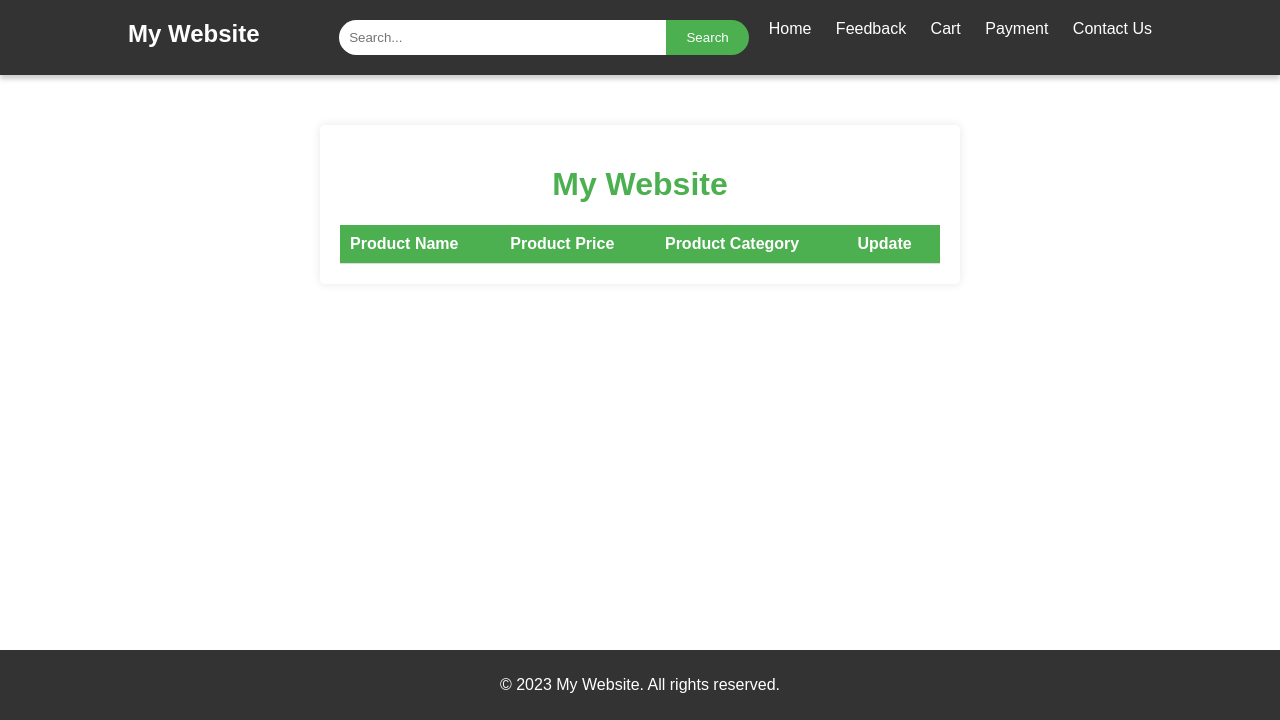
Repository: UrinduYatawakaa/OOP_project
Page: http://localhost/ProductDemo/AllServlet
These files come from the project's save history. The page is drawn as it stood at one moment and after the next save; the edit follows.
The browser window is 1280 px wide. The pictures show the whole page.
The page is served by Tomcat 9. Other server files are loaded and not shown. Queries for data that is not in the repository find no rows.

Above is the page before, as saved 2023-10-25 09:04:37.

### oop project/ProductDemo/src/main/webapp/searchbarAdmin.jsp
<%@ page language="java" contentType="text/html; charset=ISO-8859-1"
    pageEncoding="ISO-8859-1"%>
    <%@taglib prefix="c" uri="http://java.sun.com/jsp/jstl/core"%>

<!DOCTYPE html>
<html lang="en">

<head>
    <meta charset="UTF-8">
    <meta name="viewport" content="width=device-width, initial-scale=1.0">
    <link rel="stylesheet" href="css/stylesheader.css" type="text/css">
    <link rel="stylesheet" href="css/category.css" type="text/css">
    <title>Simple Grocery Cart</title>
</head>
<header>
    <div class="container">
        <h1>My Website</h1>
        <nav>
            <ul>
                <li><a href="homePage.jsp">Home</a></li>
                <li><a href="#">Feedback</a></li>
                <li><a href="#">Cart</a></li>
                <li><a href="#">Payment</a></li>
                <li><a href="#">Contact Us</a></li>
            </ul>
        </nav>
        <div class="search-bar">
            <form action="log" method="post">
                <input type="text" name="ProductName" placeholder="Search...">
                <input type="submit" name="submit" value="Search">
            </form>
        </div>

    </div>
</header>

<body>
    <div class="container2">
        <table class="cart">
        <h1>My Website</h1>
            <thead>
                <tr>
                    <th>Product Name</th>
                    <th>Product Price</th>
                    <th>Product Category</th>
                    <th>Update</th>
                </tr>
            </thead>
            <c:forEach var="product" items = "${productDetails}" >

            <c:set var="id" value="${product.id}"/>
            <c:set var="name" value="${product.name}"/>
            <c:set var="price" value="${product.price}"/>
            <c:set var="category" value="${product.category}"/>

            <c:url value="updateProduct.jsp" var="productUpdate">
		    <c:param name="id" value="${id}"/>
		    <c:param name="name" value="${name}"/>
		    <c:param name="price" value="${price}"/>
		    <c:param name="category" value="${category}"/>
	        </c:url>

            <tbody>
                <tr>
                    <td>${product.name}</td>
                    <td>${product.price}</td>
                    <td>${product.category}</td>

                    <td>
                        <a href="${productUpdate}">
                            <input type="button" name="update" value="update value"  class="add-to-cart-button">
                            </a>
                    </td>
                </tr>

        </c:forEach>
        </tbody>

        </table>
    </div>
</body>
    <footer>
        <div class="container">
            <p>&copy; 2023 My Website. All rights reserved.</p>
        </div>
    </footer>


</html>

### oop project/ProductDemo/src/main/java/com/product/AllServlet.java
package com.product;

import java.io.IOException;
import java.util.List;

import javax.servlet.RequestDispatcher;
import javax.servlet.ServletException;
import javax.servlet.annotation.WebServlet;
import javax.servlet.http.HttpServlet;
import javax.servlet.http.HttpServletRequest;
import javax.servlet.http.HttpServletResponse;

@WebServlet("/AllServlet")
public class AllServlet extends HttpServlet {
	private static final long serialVersionUID = 1L;

	protected void doGet(HttpServletRequest request, HttpServletResponse response) throws ServletException, IOException {
		String category = request.getParameter("category");

		List<Product> productDetails = ProductDBUtil.getAll();
			request.setAttribute("productDetails", productDetails);

			RequestDispatcher dis = request.getRequestDispatcher("searchbarAdmin.jsp");
			dis.forward(request, response);



	}

}

### oop project/ProductDemo/src/main/java/com/product/ProductDBUtil.java
package com.product;
import java.sql.Connection;
import java.sql.DriverManager;
import java.sql.PreparedStatement;
import java.sql.ResultSet;
import java.sql.Statement;
import java.util.ArrayList;
import java.util.List;


public class ProductDBUtil {

	private static boolean isSuccess;
	private static Connection con = null;
	private static Statement stmt = null;
	private static ResultSet rs = null;

	public static List<Product> getProduct (String name){

		ArrayList<Product> product = new ArrayList<>();



		try {
			//String sql = "select * from product_details where product_name='%''"+name+"''%'";
			con = DBConnect.getConnction();
			stmt = con.createStatement();
			String sql = "SELECT * FROM product_details WHERE product_name LIKE '%" + name + "%'";
			rs = stmt.executeQuery(sql);

			if(rs.next()) {
				int id = rs.getInt(1);
				String productName = rs.getString(2);
				double price = rs.getDouble(3);
				String category = rs.getString(4);

				Product p = new Product(id,productName,price,category);
				product.add(p);
			}

		} catch (Exception e) {
			e.printStackTrace();
		}



		return product;

	}

	public static boolean InsertProduct(String name, String price, String category) {

		boolean isSuccess = false;


		try {
			con = DBConnect.getConnction();
			stmt = con.createStatement();
            double Price = Double.parseDouble(price); // Convert the String to a double

			String sql = "insert into product_details values (0,'"+name+"','"+Price+"','"+category+"')";
			int rs = stmt.executeUpdate(sql); //update to query

			if(rs>0) {
				isSuccess = true;
			} else {
				isSuccess = false;
			}

		} catch (Exception e) {
			e.printStackTrace();
		}


		return isSuccess;
	}

	public static boolean updateProduct(String id, String name, String price, String category) {

		try {
			con = DBConnect.getConnction();
			stmt = con.createStatement();

			double Price = Double.parseDouble(price);

			String sql = "update product_details set product_name='"+name+"', product_price='"+Price+"', product_category='"+category+"' where idproduct_details='"+id+"'";
			int rs = stmt.executeUpdate(sql);

			if(rs > 0) {
				isSuccess = true;
			} else {
				isSuccess = false;
			}

		} catch (Exception e) {
			e.printStackTrace();
		}

		return isSuccess;
	}

	public static List<Product> getProdcutDetails(String id){

		int convertID = Integer.parseInt(id);

		ArrayList<Product> product = new ArrayList<>();

		try {

			con = DBConnect.getConnction();
			stmt = con.createStatement();
			String sql = "SELECT * FROM product_details WHERE idproduct_details='" + convertID + "'";
			rs = stmt.executeQuery(sql);

			while(rs.next()) {
				int ID = rs.getInt(1);
				String productName = rs.getString(2);
				double price = rs.getDouble(3);
				String category = rs.getString(4);

				Product p = new Product(ID,productName,price,category);
				product.add(p);
			}


		} catch (Exception e) {
			e.printStackTrace();
		}

		return product;
	}


	public static List<Product> getCategory(String category){


		ArrayList<Product> product = new ArrayList<>();

		try {

			con = DBConnect.getConnction();
			stmt = con.createStatement();
			String sql = "SELECT * FROM product_details WHERE product_category='" + category + "'";
			rs = stmt.executeQuery(sql);

			while(rs.next()) {
				int ID = rs.getInt(1);
				String productName = rs.getString(2);
				double price = rs.getDouble(3);
				String categoryy = rs.getString(4);

				Product p = new Product(ID,productName,price,categoryy);
				product.add(p);
			}


		} catch (Exception e) {
			e.printStackTrace();
		}

		return product;
	}

//
public static List<Product> getAll(){


		ArrayList<Product> product = new ArrayList<>();

		try {

			con = DBConnect.getConnction();
			stmt = con.createStatement();
			String sql = "SELECT * FROM product_details";
			rs = stmt.executeQuery(sql);

			while(rs.next()) {
				int ID = rs.getInt(1);
				String productName = rs.getString(2);
				double price = rs.getDouble(3);
				String categoryy = rs.getString(4);

				Product p = new Product(ID,productName,price,categoryy);
				product.add(p);
			}


		} catch (Exception e) {
			e.printStackTrace();
		}

		return product;
	}


}

### oop project/ProductDemo/src/main/java/com/product/DBConnect.java
package com.product;

import java.sql.Connection;
import java.sql.DriverManager;

public class DBConnect {

	private static String url = "jdbc:mysql://localhost:3306/product";
	private static String user = "root";
	private static String password = "1234";
	private static Connection con;

	public static Connection getConnction() {

		try {
			Class.forName("com.mysql.jdbc.Driver");

			con = DriverManager.getConnection(url, user, password);

		} catch (Exception e) {
			System.out.println("Database connection failed!");
		}

		return con;

	}

}

### oop project/ProductDemo/src/main/webapp/css/stylesheader.css
@charset "ISO-8859-1";

body {
    font-family: Arial, sans-serif;
    margin: 0;
    padding: 0;
    background-color: #f4f4f4;
}

.container {
    width: 80%;
    margin: 0 auto;
    overflow: hidden;
}

header {
    background-color: #333;
    color: #fff;
    padding: 20px 0;
    box-shadow: 0px 4px 5px 0px rgba(0, 0, 0, 0.2);
}

header h1 {
    float: left;
    margin: 0;
    font-size: 24px;
}

header h1 span {
    color: #4CAF50;
}

nav ul {
    float: right;
    list-style: none;
    margin: 0;
    padding: 0;
}

nav ul li {
    display: inline;
    margin-left: 20px;
}

nav ul li a {
    color: #fff;
    text-decoration: none;
    transition: color 0.3s;
}

nav ul li a:hover {
    color: #4CAF50;
}

.search-bar{
    width: 40%;
    border-left: 10px;
    float:right;
}
.search-bar form {
    display: flex;
}

.search-bar input[type="text"] {
    padding: 10px;
    border: none;
    border-radius: 20px 0 0 20px;
    margin-right: 0;
    flex: 1;
}

.search-bar input[type="submit"] {
    padding: 10px 20px;
    background-color: #4CAF50;
    color: #fff;
    border: none;
    border-radius: 0 20px 20px 0;
    cursor: pointer;
    transition: background-color 0.3s;
}

.search-bar input[type="submit"]:hover {
    background-color: #45a049;
}

footer {
    background-color: #333;
    color: #fff;
    text-align: center;
    padding: 10px 0;
    position: fixed;
    bottom: 0;
    width: 100%;
}

### oop project/ProductDemo/src/main/webapp/css/category.css
@charset "ISO-8859-1";

body {
    font-family: Arial, sans-serif;
    background-color: #fff;
    color: #333;
    margin: 0;
    padding: 0;
}

.container2 {
    max-width: 600px;
    margin: 0 auto;
    padding: 20px;
    background-color: #fff;
    box-shadow: 0 0 10px rgba(0, 0, 0, 0.1);
    border-radius: 5px;
    margin-top: 50px;
}

.container2 h1 {
    text-align: center;
    color: #4CAF50;
}

.cart {
    width: 100%;
    margin-top: 20px;
    border-collapse: collapse;
}

.cart th, .cart td {
    padding: 10px;
    text-align: left;
    border-bottom: 1px solid #ddd;
}

.cart th {
    background-color: #4CAF50;
    color: #fff;
}

.cart tbody tr:hover {
    background-color: #f5f5f5;
}

.add-to-cart-button {
    display: block;
    width: 100px;
    text-align: center;
    background-color: #4CAF50;
    color: #fff;
    padding: 8px 10px;
    text-decoration: none;
    border-radius: 5px;
    margin: 0 auto;
    margin-top: 5px;
}

.add-to-cart-button:hover {
    background-color: #333;
}

After the next save:
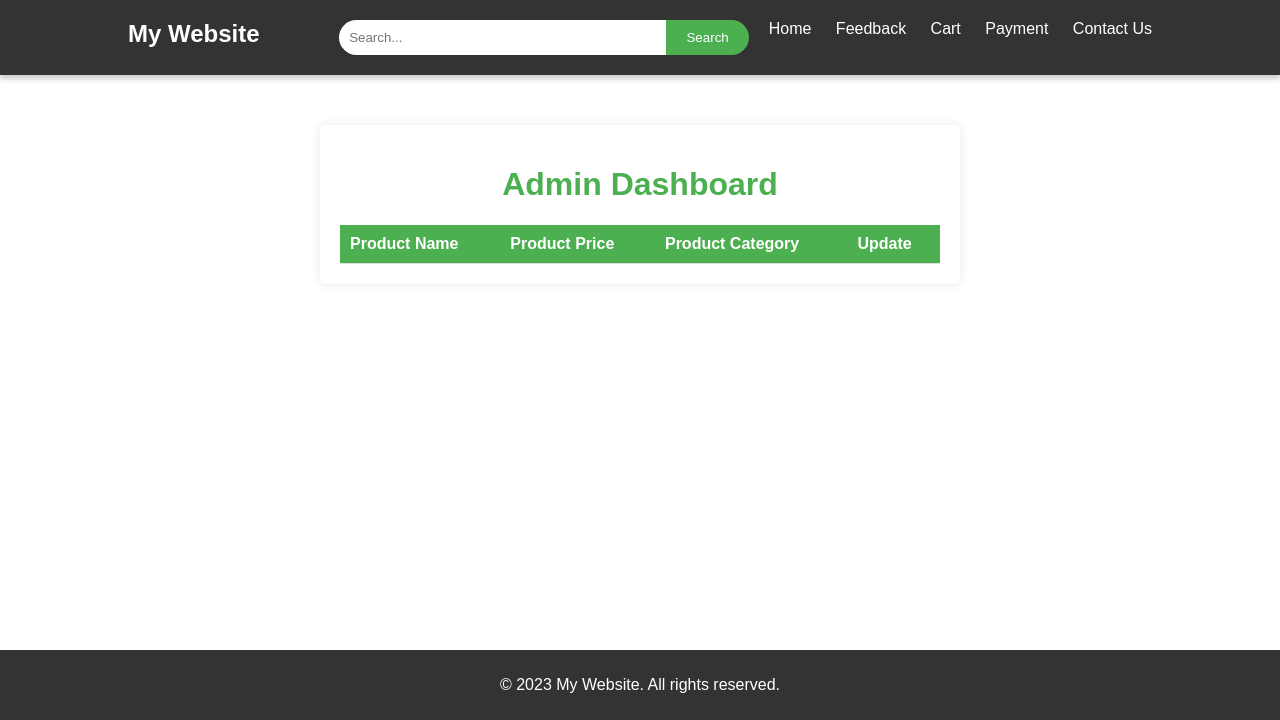
Saved 35 s later.
--- a/oop project/ProductDemo/src/main/webapp/searchbarAdmin.jsp
+++ b/oop project/ProductDemo/src/main/webapp/searchbarAdmin.jsp
@@ -37,7 +37,7 @@
 <body>
     <div class="container2">
         <table class="cart">
-        <h1>My Website</h1>
+        <h1>Admin Dashboard</h1>
             <thead>
                 <tr>
                     <th>Product Name</th>
